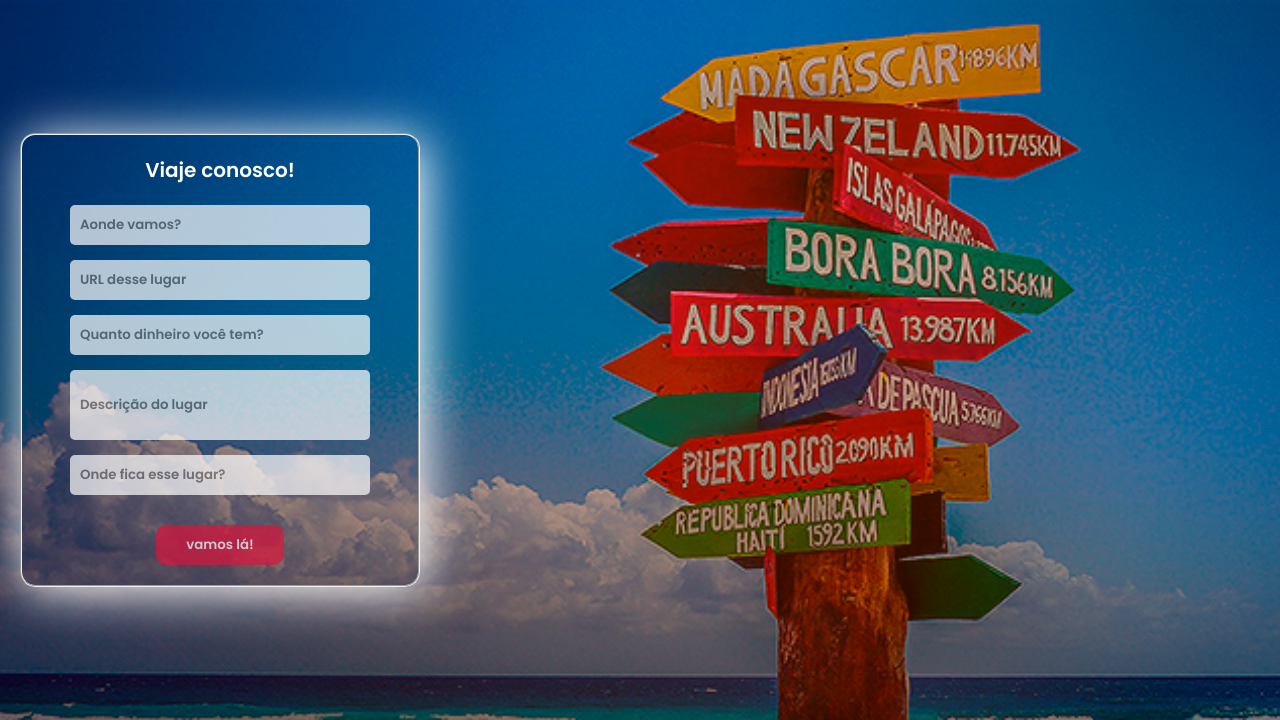
Repository: AngelTJVzla/cards
Page: index.html
An editor plug-in stored every save of this project. The page is shown before and after the next save, followed by the edit.
The browser window is 1280 px wide. The pictures show the whole page.

Above is the page before, as saved 2022-08-29 22:39:20.

### index.html
<!DOCTYPE html>
<html lang="pt-BR">

<head>
    <meta charset="UTF-8">
    <meta http-equiv="X-UA-Compatible" content="IE=edge">
    <meta name="viewport" content="width=device-width, initial-scale=1.0">
    <title>Gosta viajar?</title>
    <link rel="stylesheet" href="style.css">

</head>

<body>

    <div class="div-container">
        <img src="./img/viajar.png" class="bg-img" alt="">
        <form autocomplete="off" id="form__">
            <fieldset class="form__fieldset">
                <span>Viaje conosco!</span>
                <div class="inputs">
                    <input type="text" class="titulo" placeholder="Aonde vamos?" maxlength="25" required>
                    </p>
                    <div>
                        <input type="url" class="url" placeholder="URL desse lugar" required>
                    </div>
                    <div>
                        <input id="preco" type="text" class="preco" placeholder="Quanto dinheiro você tem?" maxlength="15" required>
                    </div>
                    <div>
                        <input type="text" class="descricao" placeholder="Descrição do lugar" maxlength="60"
                            required>
                    </div>
                    <div>
                        <input type="text" class="localizacao" placeholder="Onde fica esse lugar?" maxlength="25"
                            required>
                    </div>

                    <button type="submit">vamos lá!</button>

            </fieldset>
        </form>


        <div class="container-resultado">
            <div class="resultado">

            </div>
        </div>

    </div>



    <script src="script.js"></script>
</body>

</html>

### style.css
@import url('https://fonts.googleapis.com/css2?family=Poppins:ital,wght@0,300;0,400;0,500;0,600;1,300&display=swap');

* {
    margin: 0;
    padding: 0;
    box-sizing: border-box;
    font-family: 'Poppins', sans-serif;
}

.div-container {
    width: 100%;
    height: 100vh;
    display: flex;
    opacity: 1;
    overflow: hidden;
}

.bg-img {
    position: absolute;
    object-fit: cover;
    width: 100vw;
    height: 100vh;
    z-index: -1;


}

#form__ {
    height: 100vh;
    display: flex;
    justify-content: center;
    align-items: center;
}

.form__fieldset {
    min-width: 400px;
    display: flex;
    flex-direction: column;
    align-items: center;
    justify-content: center;
    margin: 0px 20px;
    padding: 20px;
    text-align: center;
    box-shadow: 5px 5px 50px #fff;
    border-radius: 15px;
    overflow: hidden;
}

.form__fieldset span {
    text-align: center;
    border: none;
    margin-bottom: 20px;
    color: #fff;
    font-size: 20px;
    font-weight: 600;
}

input[type="text"],
input[type="url"] {
    width: 300px;
    padding: 10px;
    margin-bottom: 15px;
    border-radius: 5px;
    border: transparent;
    opacity: 0.7;
    font-weight: 600;
}

input.descricao {
    height: 70px;

}

input[type="url"]:hover,
input[type="text"]:hover {
    opacity: 0.9;
}

.form__fieldset button {
    padding: 10px 30px;
    margin-top: 15px;
    border-radius: 10px;
    background-color: crimson;
    opacity: 0.7;
    border: none;
    color: white;
    font-weight: 600;
    cursor: pointer;
}

.form__fieldset button:hover {
    opacity: 1;
}

.resultado {
    width: 100%;
    max-height: 100vh;
    color: #fff;
    display: flex;
    flex-direction: row;
    flex-wrap: wrap;
    gap: 2%;
    overflow-y: auto;
    overflow-x: hidden;

}

.new {
    min-width: 250px;
    max-width: 250px;
    height: 300px;
    margin-top: 15px;
    border: 1px solid #fff;
    color: #000;
    display: flex;
    flex-direction: column;
    align-items: center;
    overflow: hidden;
    background-color: #fffafadf;
    border-radius: 10px 10px 2px 2px;
    cursor: pointer;
    box-shadow: 2px 2px 10px #fff;
}

.new-responsive {
    min-width: 250px;
    max-width: 250px;
    height: 100%;
    display: flex;
    flex-direction: column;
}


.new img {
    min-width: 100%;
    max-height: 50%;
    object-fit: cover;
    width: auto;
    height: auto;
    cursor: pointer;
    transition: 0.6s;
}

.new img:hover {
    transform: scale(1.1);

}

.new h2 {
    font-size: 16px;
    text-align: center;
    padding: 5px 8px 0px 8px;
}

.new .descricao {
    text-align: center;
    width: 100%;
    font-size: 12px;
    padding: 0px 5px;
    font-weight: 300;
}

.preco-anuncio {
    text-align: center;
    margin-top: 8px;
    font-weight: 500;
    font-size: 18px;
}

.svg {
    width: 100%;
    height: 100%;
    display: flex;
    flex-direction: column;
    justify-content: flex-end;
    font-size: 12px;
    color: #28282a;
    font-weight: 500;
}

.svg svg {
    margin-left: 8px;
    margin-right: 5px;
}

.new svg {
    width: 10px;
}

.new hr {
    width: 100%;
    margin-bottom: 1px;
}


@media screen and (max-width: 1268px) {

    .div-container {
        gap: 2%;
    }

    .form__fieldset {
        min-width: 300px;
    }

    .resultado {
        display: flex;
        justify-content: center;
        align-items: center;
    }

}

@media screen and (max-width: 968px) {
    .form__fieldset {
        min-width: 250px;
    }

    input[type="url"],
    input[type="text"] {
        width: 90%;
    }
}


@media screen and (max-width: 768px) {
    .new {
        min-width: 250px;
    }

    .new-responsive {
        min-width: 100%;
    }

    .preco-anuncio {
        max-width: 100%;
    }
}


@media screen and (max-width: 568px) {

    .div-container {
        display: flex;
        flex-direction: column;
        justify-content: center;
    }

    #form__ {
        display: flex;
        flex-direction: row;
        align-items: flex-start;
    }

    .form__fieldset {
        min-width: 90vw;
        max-width: 90vw;
        min-height: 40vh;
        margin: 0;
        display: flex;
        justify-content: center;
        padding: 10px;
        margin-top: 60px;
    }

    .inputs {
        width: 100%;
        display: flex;
        flex-direction: column;
        align-items: center;
        flex-wrap: wrap;
        gap: 1%;
    }

    input[type="url"] {
        width: 250px;
        padding: 5px;
        margin-bottom: 5px;
    }

    input[type="text"] {
        width: 250px;
        padding: 5px;
        margin-bottom: 5px;
    }

    .descricao {
        max-height: 50px;
    }

    .form__fieldset button {
        margin: 0;

    }

    .resultado {
        display: flex;
        justify-content: center;
        align-items: flex-end;
        min-height: 10vh;
        max-height: 60vh;

    }

}

@media screen and (max-width: 368px) {

    .form__fieldset {
        min-width: 80vw;
        max-width: 90vw;
        min-height: 40vh;
    }

    .resultado {
        display: flex;
        justify-content: center;
        align-items: flex-end;
        min-height: 10vh;
        max-height: 60vh;
    }

    .new-responsive {
        gap: 0%;
    }

    .new-responsive .descricao {
        font-size: 10px;
    }

    .new {
        min-width: 200px;
        max-width: 220px;
        margin-bottom: 10px;
        margin-top: 0;
    }

    .new img{
        margin: 0;
    }

    .new h2 {
        padding: 2px 5px 0;
        font-size: 16px;
    }

    .preco-anuncio {
        font-size: 12px;
        margin-top: 8px;
    }
    .svg {
        font-size: 10px;
    }

    .svg path {
        margin-top: 0;
    }

    .svg hr {
        margin: 1px;
    }

    input[type="url"] {
        width: 180px;
        padding: 5px;
        margin-bottom: 5px;
    }

    input[type="text"] {
        width: 180px;
        padding: 5px;
        margin-bottom: 5px;
    }

    .form__fieldset button {
        padding: 5px 15px;
        margin-top: 1px;
    }
}


@media screen and (max-width: 268px){
    input[type="url"],
    input[type="text"] {
        width: 80%;
    }

    .new {
        min-width: 100px;
        max-width: 180px;
        margin-bottom: 10px;
        margin-top: 0;
    }

}

### script.js
const form = document.getElementById('form__');
const resultado = document.querySelector('.resultado');
const titulo = document.querySelector('.titulo');
const preco = document.querySelector('.preco');
const descricao = document.querySelector('.descricao');
const url = document.querySelector('.url');
const localizacao = document.querySelector('.localizacao');



let dados = [];

dados.push({
  titulo: titulo.value,
  preco: preco.value,
  descricao: descricao.value,
  url: url.value,
  localizacao: localizacao.value
});

form.addEventListener('submit', (evento) => {
  evento.preventDefault();
  resultado.innerHTML +=
  `<div class="new">
      <img src="${url.value}">
      <div class="new-responsive">
          <h2>${titulo.value}</h2>
          <span class="descricao">${descricao.value}</span>
      <div class="preco-anuncio"><span>R$ ${preco.value}</span></div>
      <div class="svg">
      <hr>
      <span>
        <svg xmlns="http://www.w3.org/2000/svg" viewBox="0 0 384 512"><!--! Font Awesome Pro 6.1.0 by @fontawesome - https://fontawesome.com License - https://fontawesome.com/license (Commercial License) Copyright 2022 Fonticons, Inc. --><path d="M168.3 499.2C116.1 435 0 279.4 0 192C0 85.96 85.96 0 192 0C298 0 384 85.96 384 192C384 279.4 267 435 215.7 499.2C203.4 514.5 180.6 514.5 168.3 499.2H168.3zM192 256C227.3 256 256 227.3 256 192C256 156.7 227.3 128 192 128C156.7 128 128 156.7 128 192C128 227.3 156.7 256 192 256z"/></svg> ${localizacao.value}
      </span>
      </div>
    </div>
  </div>`
});

After the next save:
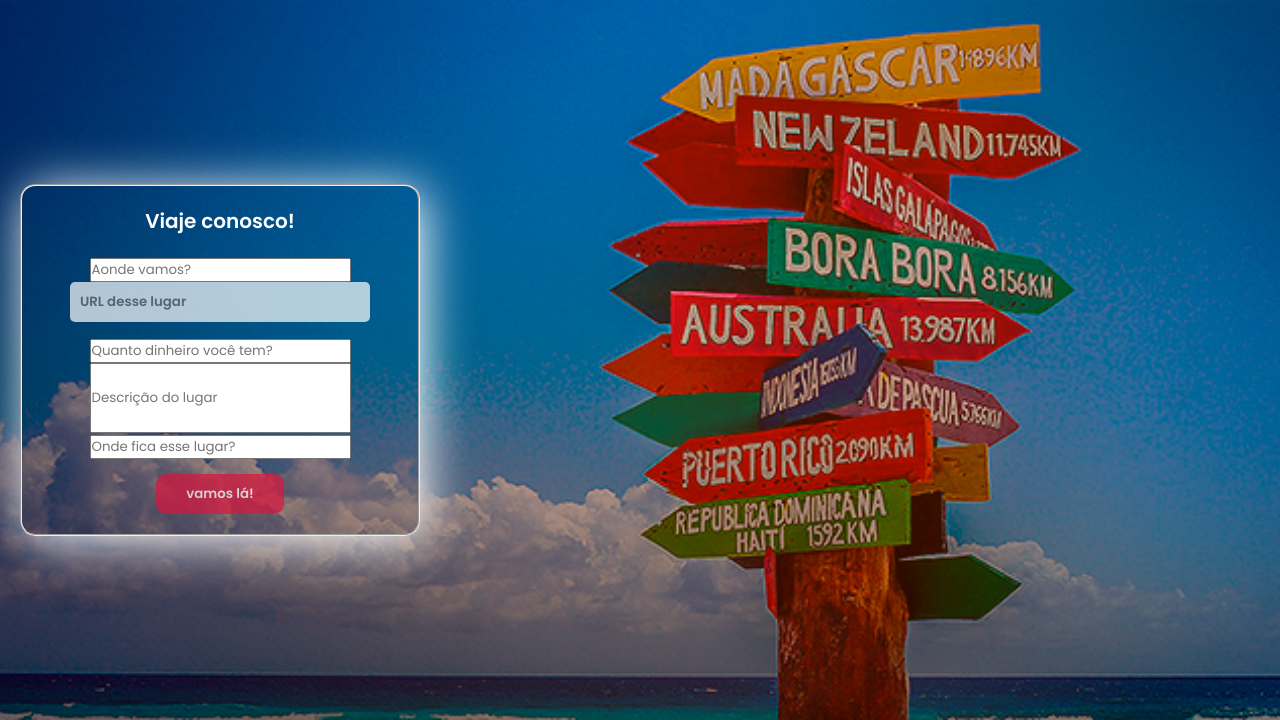
Saved 111 s later.
--- a/style.css
+++ b/style.css
@@ -55,7 +55,7 @@
     font-weight: 600;
 }
 
-input[type="text"],
+/* input[type="text"], */
 input[type="url"] {
     width: 300px;
     padding: 10px;

After the save that followed:
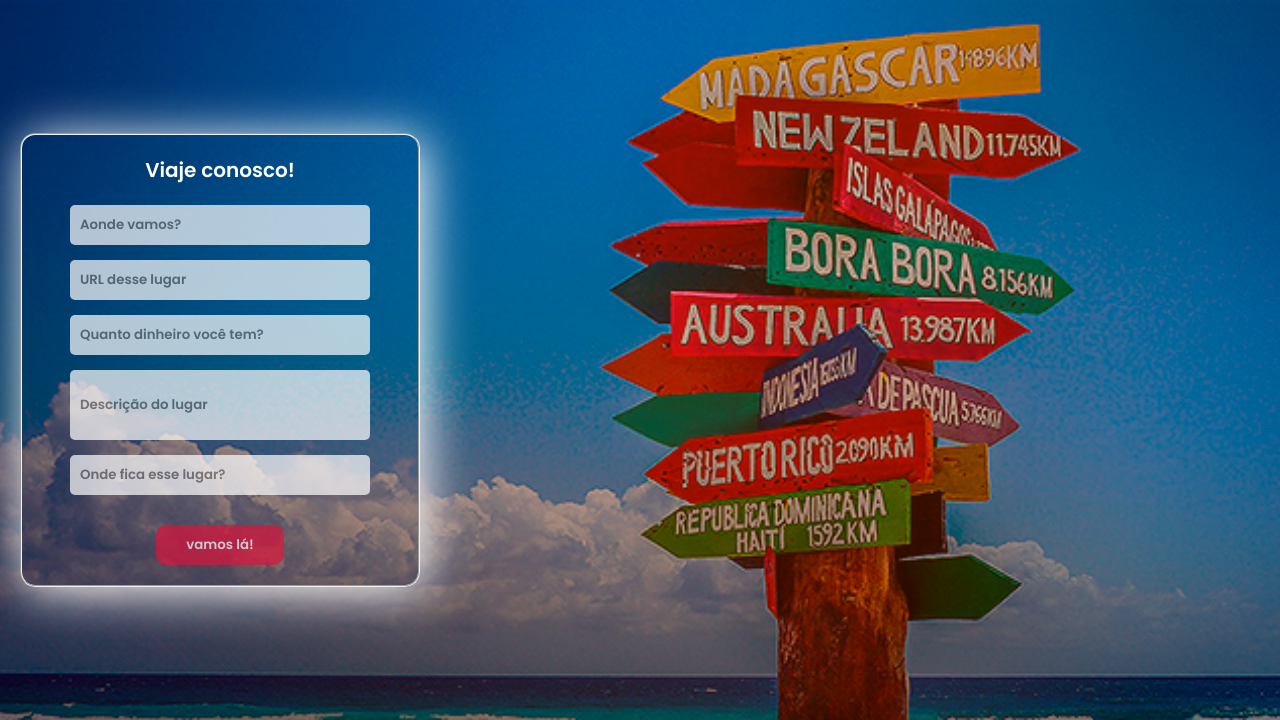
Saved 15 s later.
--- a/style.css
+++ b/style.css
@@ -55,7 +55,7 @@
     font-weight: 600;
 }
 
-/* input[type="text"], */
+input[type="text"],
 input[type="url"] {
     width: 300px;
     padding: 10px;
